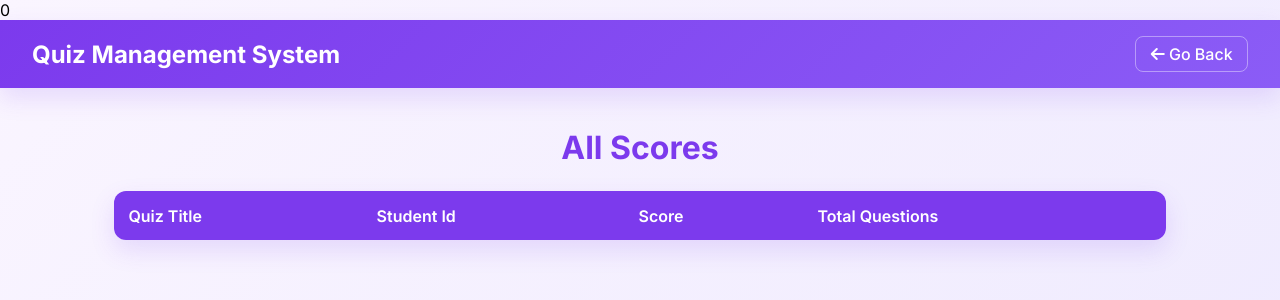
Repository: vrunda-16/Web_Based_Quiz_App
Page: http://localhost/QMS_UI/viewScoreAdmin.jsp
The author's editor kept a copy of each file at every save. The page is drawn from the files as they stood at one save, then again after the next save.
The browser window is 1280 px wide. The pictures show the whole page.
The page is served by Tomcat 10. Queries for data that is not in the repository find no rows.

Above is the page before, as saved 2026-01-01 18:08:04.

After the next save:
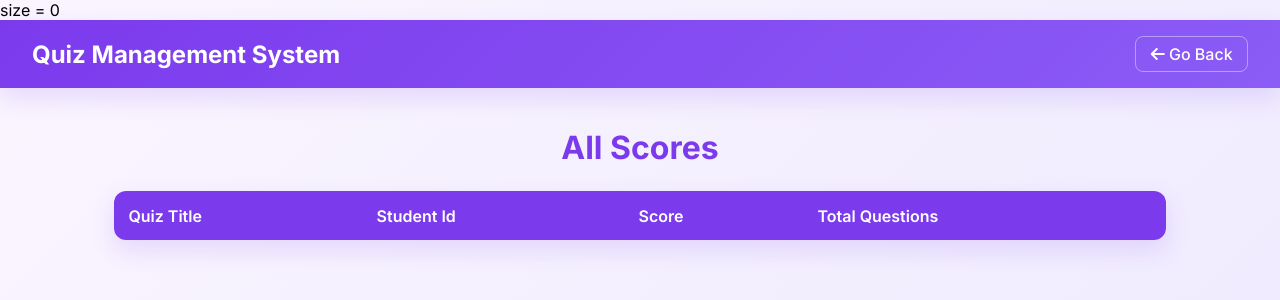
Saved 25 s later.
--- a/QMS(UI Final)/QMS_UI/src/main/webapp/viewScoreAdmin.jsp
+++ b/QMS(UI Final)/QMS_UI/src/main/webapp/viewScoreAdmin.jsp
@@ -161,7 +161,7 @@ tbody tr:hover {
 <jsp:useBean id="view" class="com.internship.quiz.beans.ShowScoreStudentBean"/>
 ${view.displayScoreToAdmin()}
 
-${view.arr.size()}
+size = ${view.arr.size()}
 
 <div class="header">
     <div class="header-title">Quiz Management System</div>
